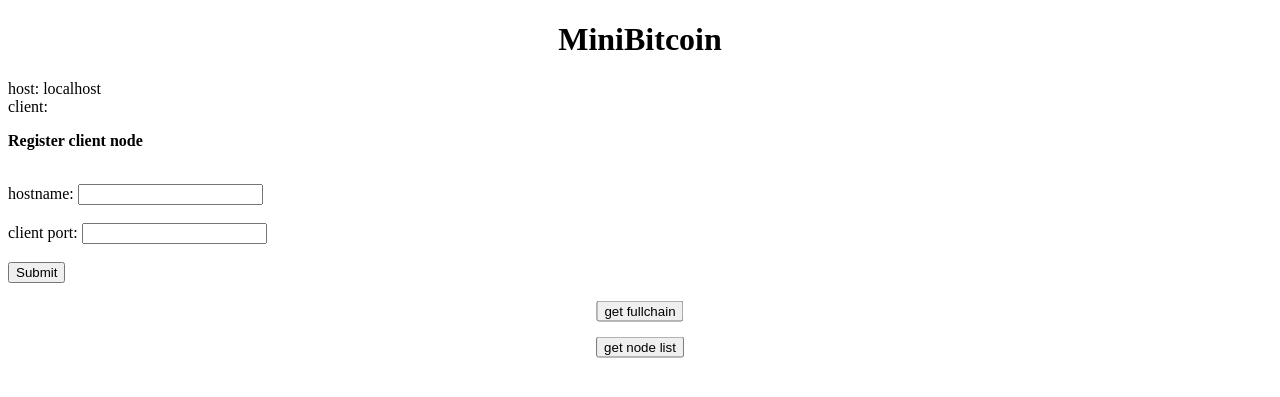
Repository: lam4562311/Minibitcoin
Page: http://localhost/
The author's editor kept a copy of each file at every save. The page is drawn from the files as they stood at one save, then again after the next save.
The browser window is 1280 px wide. The pictures show the whole page.
Some web libraries are served in a nearby version. The page is served by the project's application, run on Flask 3 (bitcoin-5003.py).

Above is the page before, as saved 2022-04-09 15:19:41.

### templates/homepage.html
<!DOCTYPE html>
<html>
<head>
    <style>
        .center {
          margin:10px 0px 10px 0px;
          position: absolute;
          left: 50%;
          -ms-transform: translate(-50%, -50%);
          transform: translate(-50%, -50%);
        }
        </style>
</head>
    <body>

        <h1><center> MiniBitcoin </center></h1>
        <span> host:</span>
        <span id="hostname_span"></span><br>
        <span>client:</span>
        <span id="client_id_span"></span><br>
        <p><strong>Register client node</strong><br>
        </p>
        <br>
        <form action= "{{ url_for('register_node') }}" method="post" id="signup">
            <label for="hostname">hostname:</label>
            <input type="text" id="node" name="node"><br><br>
            <label for="port">client port:</label>
            <input type="text" id="com_port" name="com_port"><br><br>
            <input type="submit" value="Submit" id="form_submit">
        </form>


        <span id="fullchain_span"></span>
        <br>
        <div class="center">
            <button id="get_chain_bt">get fullchain</button>
        </div>
        <br>
        <span id="node_list_span"></span>
        <br>
        <div class="center">
            <button id="get_node_bt">get node list</button>
        </div>
        <br>
    <script src="//ajax.googleapis.com/ajax/libs/jquery/1.9.1/jquery.min.js"></script>
    <script src="{{url_for("static", filename="index.js")}}"></script>
    </body>
</html>

### bitcoin-5003.py
from operator import contains
import wx
from bitcoinclass import Transaction,Wallet,Block,Blockchain
from flask import Flask, jsonify, request, render_template, redirect, url_for, send_file
from urllib.parse import urlparse
import json
import re
import requests
import io
import logging
app = Flask(__name__)

#Flask API
@app.route('/new_transaction', methods=['POST'])
def new_transaction():
    values = request.form

    # Check that the required fields are in the PoST'ed data
    required = ['recipient_address', 'amount']
    if not all(k in values for k in required):
        return 'Missing values', 400

    #Create a new Transaction
    transaction = Transaction(myWallet.identity, values['recipient_address'], values[ 'amount'])
    transaction.add_signature(myWallet.sign_transaction(transaction))
    transaction_result = blockchain.add_new_transaction(transaction)

    if transaction_result:
        response = { 'message': 'Transaction will be added to Block'}
        return jsonify(response), 201
    else:
        response = {'message': 'Invalid Transaction!'}
        return jsonify(response), 406

@app.route( '/get_transactions' , methods=[ 'GET'])
def get_transactions():
    #Get transactions from transactions pool
    transactions = blockchain.unconfirmed_transactions
    response = {'transactions' : transactions}
    return jsonify(response), 200

@app.route('/chain', methods=['GET'])
def last_ten_blocks():
    response = {
        'chain' : blockchain.chain[-10:],
        'length': len(blockchain.chain),
    }
    return jsonify(response), 200


@app.route('/fullchain', methods=['GET'])
def full_chain():
    response = {
    'chain' : json.dumps(blockchain.chain),
    'length' : len(blockchain.chain),
    }
    return jsonify (response), 200

@app.route('/get_nodes', methods=['GET'])
def get_nodes():
    nodes = list(blockchain.nodes)
    response = {'nodes' : nodes}
    return jsonify(response), 200

@app.route('/register_node', methods=['POST'])
def register_node():
    values = request.form
    node = values.get('node')
    com_port = values.get('com_port')
    if node is None and com_port is None:
        return "Error: Please supply a valid list of nodes", 400
    if com_port is not None:
        blockchain.register_node(request.remote_addr + ":" + com_port)
        node = request.remote_addr + ":" + com_port
        app.logger.warning(node)
    else:
        blockchain.register_node(node)
    node_list = requests.get('http://' + node + '/get_nodes')
    if node_list.status_code == 200:
        node_list = node_list.json()['nodes']
        for node in node_list:
            blockchain.register_node( node)

    for new_nodes in blockchain.nodes:
        requests.post( 'http://' + new_nodes + '/register_node' , data={'com_port':str(port)})

    replaced = blockchain.consensus()
    if replaced:
        app.logger.warning('replaced')
        response ={
        'message' : 'Longer authoritative chain found from peers, replacing ours' ,
        'total_nodes ' : [node for node in blockchain.nodes]}
    else:
        response ={
        'message': 'New nodes have been added,but our chain is authoritative',
        'total_nodes' : [node for node in blockchain.nodes]
    }
    return jsonify(response), 201

@app.route('/consensus', methods=['GET'])
def consensus():
    replaced = blockchain.consensus()
    if replaced:
        app.logger.info('replaced')
        response = {
            'message' : 'our chain was replaced',
        }
    else:
        app.logger.info('not replaced')
        response = {
        'message ' : 'our chain is authoritative',
        }
    return jsonify(response), 200

@app.route('/mine', methods=[ 'GET'])
def mine():
    blockchain.boardcast_transactions(request.host)

    newblock = blockchain.mine(myWallet)
    for node in blockchain.nodes:
        ans = requests.get('http://' + node + '/consensus')
        app.logger.info(ans)
    response = {
        'index' : newblock.index,
        'transactions' : newblock.transactions,
        'timestamp' : newblock.timestamp,
        'nonce' : newblock.nonce,
        'hash' : newblock.hash,
        'previous_hash' : newblock.previous_hash
    }
    return jsonify( response), 200

@app.route('/import_key', methods=['POST'])
def import_key():
    f = request.files['file']
    blob = f.read()
    myWallet.import_key(blob)
    return 'key imported successfully'

@app.route('/export_key', methods=['GET'])
def export_key():
    blob = myWallet.export_key()
    return send_file(
        io.BytesIO(blob),
        mimetype='application/octet-stream',
        as_attachment = True,
        attachment_filename = "keyfile")

@app.route('/get_status', methods=['GET'])
def get_status():
    response ={
        'public_key' : myWallet.identity,
        'balance': blockchain.get_balance(myWallet.identity)
    }
    return jsonify(response),200

@app.route('/update_balance', methods=['PUT'])
def update_balance():
    myWallet.balance = blockchain.get_balance(myWallet.identity)
    response = {'message': 'Balance updated'}
    return jsonify(response), 200

@app.route('/sync_transactions', methods=['GET'])
def sync_transactions():
    result = blockchain.boardcast_transactions(request.host)
    if result:
        response = {
            'message': 'Synchronized Transactions'
        }
    else:
        resonse = {'message': 'False'}
    return jsonify(resonse), 200

@app.route('/')
def index():
    return render_template('homepage.html')

if __name__ == '__main__':
    myWallet = Wallet()
    blockchain = Blockchain()
    port = 5003
    app.logger.setLevel(logging.DEBUG)
    app.run(host='127.0.0.1', port=port, debug = True)

### static/index.js
let get_chain_bt = document.querySelector("#get_chain_bt");
let get_node_bt = document.querySelector("#get_node_bt");

let full_chain_span = document.querySelector("#fullchain_span")
let full_node_span = document.querySelector("#node_list_span")
let hostname_span = document.querySelector("#hostname_span")
let client_id_span = document.querySelector("#client_id_span")

hostname_span.innerHTML = window.location.hostname;
client_id_span.innerHTML = window.location.port;

function get_full_chain(){
    $.ajax({
        type: "GET",
        contentType: "application/json; charset=utf-8",
        url:"/fullchain",
        dataType: "json",
        success: (data) => {
            full_chain_span.innerHTML = JSON.stringify(data);
        }
    });
    querystring = window.location.search;
}

function get_node_list(){
    $.ajax(
        {
            type: "GET",
            contentType: "application/json; charset: utf-8",
            url:"/get_nodes",
            dataType: "json",
            success: (data) => {
                full_node_span.innerHTML = JSON.stringify(data);
            }
        }
    )
}

$(get_chain_bt).click(()=>get_full_chain());
$(get_node_bt).click(()=>get_node_list());

After the next save:
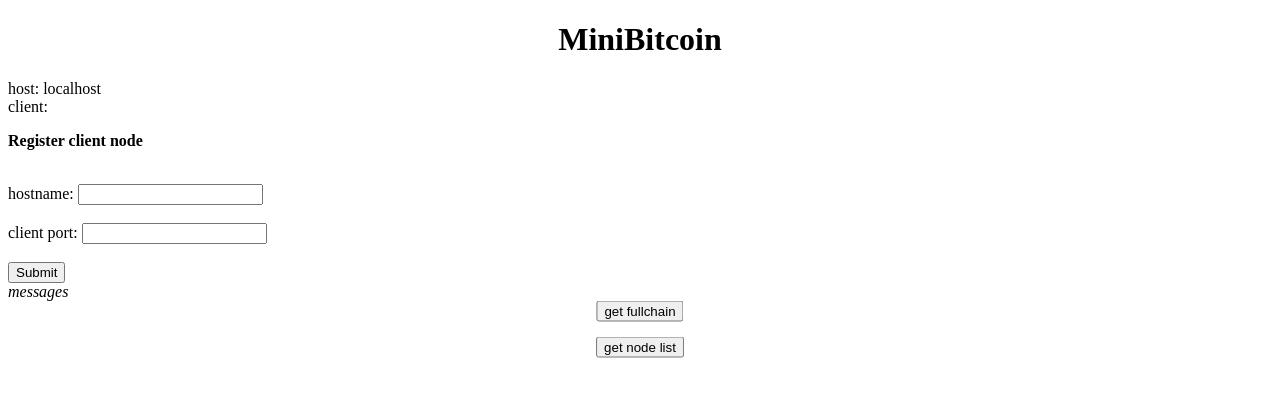
Saved 82 s later.
--- a/templates/homepage.html
+++ b/templates/homepage.html
@@ -29,7 +29,7 @@
             <input type="submit" value="Submit" id="form_submit">
         </form>
 
-
+        <span><var>messages</var></span>
         <span id="fullchain_span"></span>
         <br>
         <div class="center">
